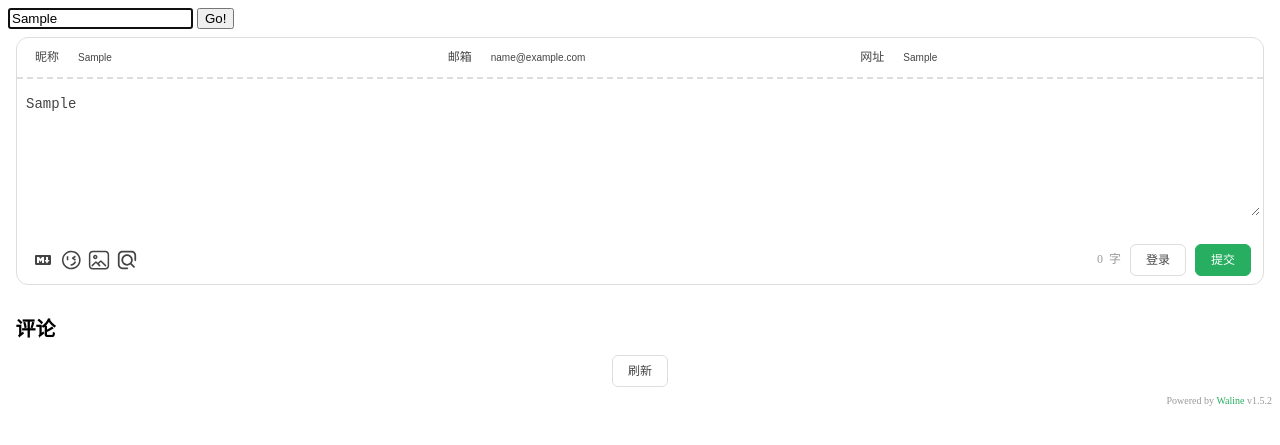
Repository: StarunneR/one-page
Page: index.html
The author's editor kept a copy of each file at every save. The page is drawn from the files as they stood at one save, then again after the next save.
The browser window is 1280 px wide. The pictures show the whole page.
Empty fields were first filled with sample values (such as "Sample", 5 or name@example.com).
After loading, the first visible `button` was clicked once.
The page's requests for data from a server got no answer.

Above is the page before, as saved 2022-01-07 11:25:04.

### index.html
<!doctype html>
<html lang="zh">

<head>
    <meta charset="utf-8" />
    <title>CloudPool浊池</title>
    <script src="waline/waline.js"></script>
    <link rel="shortcut icon" href="./favicon.ico" />
    <script>
        function check() {
            window.location.href = '#page';
        };

    </script>
</head>

<body>
    <div class="search">
        <input type="text" placeholder="请输入..." name="" id="page" value="" />
        <button onclick="check()">Go!</button>
    </div>

    <div id="waline"></div>
    <script>
        Waline({
            el: '#waline',
            serverURL: 'https://one-comment.vercel.app/',
            emoji: [
                //    'waline/gh/walinejs/emojis@1.0.0/qq',
                //    'waline/gh/walinejs/emojis@1.0.0/weibo',
                //    'waline/gh/walinejs/emojis@1.0.0/tieba',
                //    'waline/gh/walinejs/emojis@1.0.0/alus',
                //    'waline/gh/walinejs/emojis@1.0.0/bilibili',
                'https://cdn.jsdelivr.net/gh/walinejs/emojis@1.0.0/qq',
                'https://cdn.jsdelivr.net/gh/walinejs/emojis@1.0.0/weibo',
                'https://cdn.jsdelivr.net/gh/walinejs/emojis@1.0.0/tieba',
                'https://cdn.jsdelivr.net/gh/walinejs/emojis@1.0.0/alus',
                'https://cdn.jsdelivr.net/gh/walinejs/emojis@1.0.0/bilibili',
            ],
            appId: 'z0aNhgPFYWIlcGL0ONwY1rNU-MdYXbMMI',
            appKey: 'KgidpF8jI1RcVyCvaPyjyes4',
            avatar: '0wtM2bADqSKOPS28qEiQPdzj',
            IPQPS: 0,
            placeholder: 'test',
        });
    </script>
</body>

</html>

Loaded but not shown: waline/waline.js (library)

After the next save:
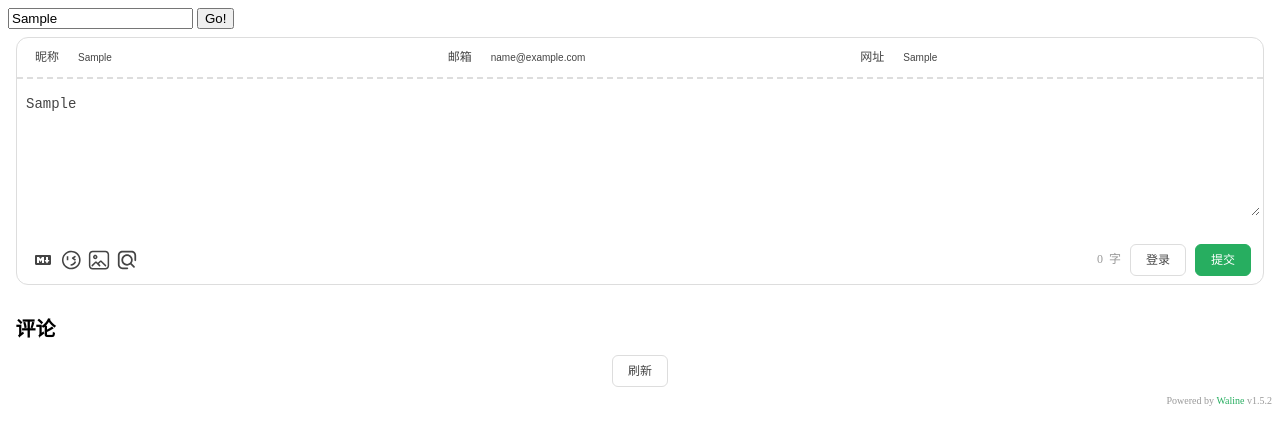
Console error (its wording comes from the project's code and is left out).
Saved 28 s later.
--- a/index.html
+++ b/index.html
@@ -8,7 +8,7 @@
     <link rel="shortcut icon" href="./favicon.ico" />
     <script>
         function check() {
-            window.location.href = '#page';
+            window.location.href = #page;
         };
 
     </script>
